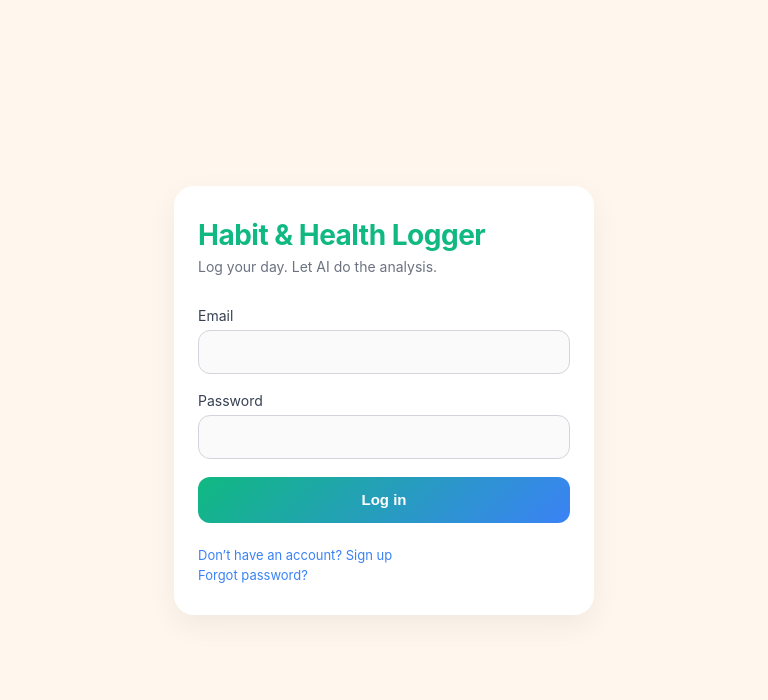
Repository: rawanwehbe6/habit-health-logger
Page: HHL-client/index.html
An editor plug-in stored every save of this project. The page is shown before and after the next save, followed by the edit.
The browser window is 768 px wide. The pictures show the whole page.

Above is the page before, as saved 2025-11-15 23:52:02.

### HHL-client/index.html
<!DOCTYPE html>
<html lang="en">
<head>
  <meta charset="UTF-8" />
  <title>Habit & Health Logger – Login</title>
  <meta name="viewport" content="width=device-width, initial-scale=1.0" />
  <link rel="stylesheet" href="assets/css/style.css" />
</head>
<body class="auth-body">
  <div class="auth-layout">
    <!-- Left: login card -->
    <main class="auth-card">
      <h1 class="app-title">Habit &amp; Health Logger</h1>
      <p class="app-subtitle">Log your day. Let AI do the analysis.</p>

      <form class="auth-form" id="login-form">
        <div class="form-group">
          <label for="email">Email</label>
          <input
            type="email"
            id="email"
            name="email"
            autocomplete="email"
            required
          />
        </div>

        <div class="form-group">
          <label for="password">Password</label>
          <input
            type="password"
            id="password"
            name="password"
            autocomplete="current-password"
            required
          />
        </div>

        <button type="submit" class="btn-primary">Log in</button>

        <div class="auth-links">
          <a href="#" class="auth-link">Don’t have an account? Sign up</a>
          <a href="#" class="auth-link">Forgot password?</a>
        </div>
      </form>
    </main>

    <!-- Right: marketing panel -->
    <aside class="auth-side">
      <h2>Track habits, sleep, and caffeine</h2>
      <ul>
        <li>Free-text logging</li>
        <li>Smart AI summaries</li>
        <li>Weekly progress charts</li>
      </ul>
    </aside>
  </div>

  <script src="assets/js/app.js"></script>
</body>
</html>

### HHL-client/assets/css/style.css
/* ---------------------------------------------------
   Base reset & typography
---------------------------------------------------*/

*,
*::before,
*::after {
  box-sizing: border-box;
}

body {
  margin: 0;
  font-family: Inter, system-ui, sans-serif;
  background: #FFF7ED; /* soft peach */
  color: #111;
  -webkit-font-smoothing: antialiased;
}

/* ---------------------------------------------------
   Auth layout
---------------------------------------------------*/

.auth-body {
  min-height: 100vh;
  display: flex;
  align-items: center;
  justify-content: center;
  padding: 24px;
}

.auth-layout {
  width: 100%;
  max-width: 880px;
  background: #ffffff;
  display: flex;
  border-radius: 20px;
  overflow: hidden;
  box-shadow: 0 10px 30px rgba(0, 0, 0, 0.06);
}

/* ---------------------------------------------------
   Left: login form
---------------------------------------------------*/

.auth-card {
  flex: 1;
  padding: 48px;
}

.app-title {
  margin: 0;
  font-size: 28px;
  font-weight: 700;
  letter-spacing: -0.5px;
  color: #10B981; /* mint */
}

.app-subtitle {
  margin: 6px 0 32px 0;
  font-size: 14px;
  color: #6b7280;
}

/* Form groups */

.auth-form {
  display: flex;
  flex-direction: column;
  gap: 18px;
}

.form-group {
  display: flex;
  flex-direction: column;
  gap: 6px;
}

.form-group label {
  font-size: 14px;
  color: #374151;
}

.form-group input {
  height: 44px;
  padding: 0 12px;
  border: 1px solid #d1d5db;
  border-radius: 12px;
  font-size: 14px;
  background: #fafafa;
  transition: border-color 0.15s ease, background 0.15s ease;
}

.form-group input:focus {
  border-color: #3B82F6; /* sky blue */
  background: #fff;
  outline: none;
}

/* Button */

.btn-primary {
  height: 46px;
  border: none;
  border-radius: 12px;
  background: linear-gradient(135deg, #10B981, #3B82F6); /* mint to blue */
  color: #fff;
  font-weight: 600;
  font-size: 15px;
  cursor: pointer;
  transition: opacity 0.15s ease, transform 0.12s ease;
}

.btn-primary:hover {
  opacity: 0.92;
}

.btn-primary:active {
  transform: scale(0.97);
}

/* Links */

.auth-links {
  margin-top: 6px;
  display: flex;
  flex-direction: column;
  gap: 4px;
  font-size: 13px;
}

.auth-link {
  color: #3B82F6; /* sky blue */
  text-decoration: none;
}

.auth-link:hover {
  text-decoration: underline;
}

/* ---------------------------------------------------
   Right side — colorful fun panel
---------------------------------------------------*/

.auth-side {
  width: 320px;
  padding: 48px 32px;
  background: linear-gradient(
    135deg,
    #3B82F6 0%,   /* blue */
    #8B5CF6 50%,  /* purple */
    #10B981 100%  /* mint */
  );
  color: #ffffff;
  display: flex;
  flex-direction: column;
  justify-content: center;
}

.auth-side h2 {
  margin: 0 0 12px 0;
  font-size: 22px;
  font-weight: 700;
}

.auth-side ul {
  margin: 0;
  padding-left: 20px;
  font-size: 14px;
  color: #f0f9ff;
}

/* ---------------------------------------------------
   Responsive
---------------------------------------------------*/

@media (max-width: 900px) {
  .auth-layout {
    flex-direction: column;
    max-width: 420px;
  }

  .auth-side {
    display: none;
  }

  .auth-card {
    padding: 32px 24px;
  }
}

### HHL-client/assets/js/app.js
document.addEventListener("DOMContentLoaded", () => {
  const loginForm = document.getElementById("login-form");

  if (loginForm) {
    loginForm.addEventListener("submit", (e) => {
      e.preventDefault();
      // later: send credentials to backend via fetch()
      console.log("Login form submitted");
      // temporary redirect so you can see dashboard once we build it
      window.location.href = "dashboard.html";
    });
  }
});

After the next save:
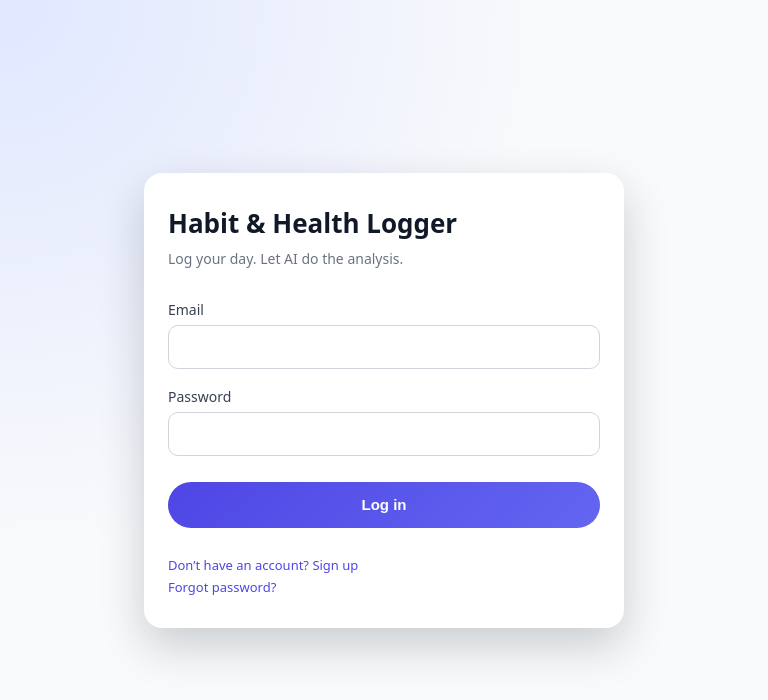
Saved 71 s later.
--- a/HHL-client/assets/css/style.css
+++ b/HHL-client/assets/css/style.css
@@ -1,6 +1,4 @@
-/* ---------------------------------------------------
-   Base reset & typography
----------------------------------------------------*/
+/* 1. Reset-ish & base */
 
 *,
 *::before,
@@ -10,18 +8,16 @@
 
 body {
   margin: 0;
-  font-family: Inter, system-ui, sans-serif;
-  background: #FFF7ED; /* soft peach */
-  color: #111;
-  -webkit-font-smoothing: antialiased;
+  font-family: system-ui, -apple-system, BlinkMacSystemFont, "Segoe UI",
+    sans-serif;
+  color: #111827;
 }
 
-/* ---------------------------------------------------
-   Auth layout
----------------------------------------------------*/
+/* 2. Auth layout */
 
 .auth-body {
   min-height: 100vh;
+  background: radial-gradient(circle at top left, #e0e7ff 0, #f9fafb 50%);
   display: flex;
   align-items: center;
   justify-content: center;
@@ -30,38 +26,34 @@ body {
 
 .auth-layout {
   width: 100%;
-  max-width: 880px;
+  max-width: 960px;
   background: #ffffff;
-  display: flex;
-  border-radius: 20px;
+  border-radius: 18px;
+  box-shadow: 0 18px 45px rgba(15, 23, 42, 0.2);
+  display: grid;
+  grid-template-columns: minmax(0, 1.1fr) minmax(0, 0.9fr);
   overflow: hidden;
-  box-shadow: 0 10px 30px rgba(0, 0, 0, 0.06);
 }
 
-/* ---------------------------------------------------
-   Left: login form
----------------------------------------------------*/
+/* 3. Auth card (left) */
 
 .auth-card {
-  flex: 1;
-  padding: 48px;
+  padding: 40px 48px;
 }
 
 .app-title {
-  margin: 0;
-  font-size: 28px;
+  margin: 0 0 8px;
+  font-size: 26px;
   font-weight: 700;
-  letter-spacing: -0.5px;
-  color: #10B981; /* mint */
 }
 
 .app-subtitle {
-  margin: 6px 0 32px 0;
+  margin: 0 0 32px;
   font-size: 14px;
   color: #6b7280;
 }
 
-/* Form groups */
+/* Form */
 
 .auth-form {
   display: flex;
@@ -83,45 +75,49 @@ body {
 .form-group input {
   height: 44px;
   padding: 0 12px;
+  border-radius: 10px;
   border: 1px solid #d1d5db;
-  border-radius: 12px;
   font-size: 14px;
-  background: #fafafa;
-  transition: border-color 0.15s ease, background 0.15s ease;
+  outline: none;
+  transition: border-color 0.15s ease, box-shadow 0.15s ease;
 }
 
 .form-group input:focus {
-  border-color: #3B82F6; /* sky blue */
-  background: #fff;
-  outline: none;
+  border-color: #4f46e5;
+  box-shadow: 0 0 0 1px rgba(79, 70, 229, 0.3);
 }
 
 /* Button */
 
 .btn-primary {
+  margin-top: 8px;
   height: 46px;
   border: none;
-  border-radius: 12px;
-  background: linear-gradient(135deg, #10B981, #3B82F6); /* mint to blue */
-  color: #fff;
+  border-radius: 999px;
+  background: linear-gradient(135deg, #4f46e5, #6366f1);
+  color: #ffffff;
   font-weight: 600;
   font-size: 15px;
   cursor: pointer;
-  transition: opacity 0.15s ease, transform 0.12s ease;
+  transition: transform 0.12s ease, box-shadow 0.12s ease,
+    filter 0.12s ease;
 }
 
 .btn-primary:hover {
-  opacity: 0.92;
+  filter: brightness(1.03);
+  box-shadow: 0 12px 24px rgba(79, 70, 229, 0.35);
+  transform: translateY(-1px);
 }
 
 .btn-primary:active {
-  transform: scale(0.97);
+  transform: translateY(0);
+  box-shadow: none;
 }
 
-/* Links */
+/* Links under form */
 
 .auth-links {
-  margin-top: 6px;
+  margin-top: 10px;
   display: flex;
   flex-direction: column;
   gap: 4px;
@@ -129,7 +125,7 @@ body {
 }
 
 .auth-link {
-  color: #3B82F6; /* sky blue */
+  color: #4f46e5;
   text-decoration: none;
 }
 
@@ -137,46 +133,36 @@ body {
   text-decoration: underline;
 }
 
-/* ---------------------------------------------------
-   Right side — colorful fun panel
----------------------------------------------------*/
+/* 4. Right side panel */
 
 .auth-side {
-  width: 320px;
-  padding: 48px 32px;
-  background: linear-gradient(
-    135deg,
-    #3B82F6 0%,   /* blue */
-    #8B5CF6 50%,  /* purple */
-    #10B981 100%  /* mint */
-  );
-  color: #ffffff;
+  padding: 40px;
+  background: linear-gradient(135deg, #111827, #1f2937);
+  color: #e5e7eb;
   display: flex;
   flex-direction: column;
   justify-content: center;
+  gap: 16px;
 }
 
 .auth-side h2 {
-  margin: 0 0 12px 0;
+  margin: 0 0 8px;
   font-size: 22px;
-  font-weight: 700;
 }
 
 .auth-side ul {
   margin: 0;
-  padding-left: 20px;
+  padding-left: 18px;
   font-size: 14px;
-  color: #f0f9ff;
+  color: #d1d5db;
 }
 
-/* ---------------------------------------------------
-   Responsive
----------------------------------------------------*/
+/* 5. Responsive */
 
 @media (max-width: 900px) {
   .auth-layout {
-    flex-direction: column;
-    max-width: 420px;
+    max-width: 480px;
+    grid-template-columns: 1fr;
   }
 
   .auth-side {
